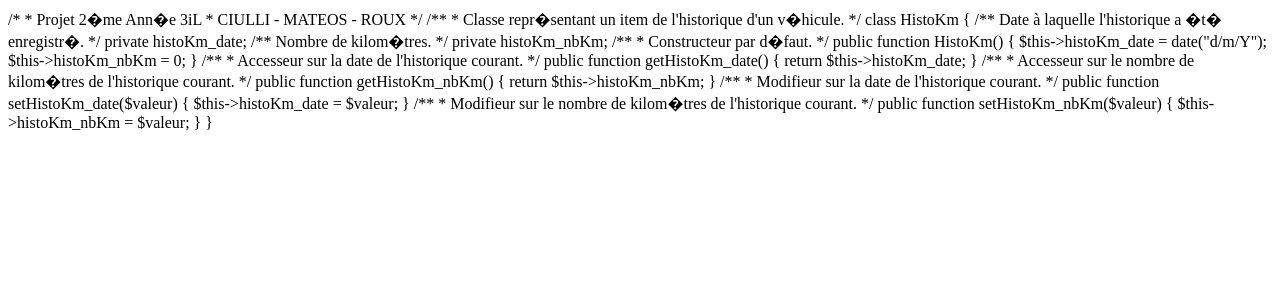
Repository: Mateos81/ProjetAutoEcole
Page: http://localhost/XE/application/HistoKm.php
These files come from the project's save history. The page is drawn as it stood at one moment and after the next save; the edit follows.
The browser window is 1280 px wide. The pictures show the whole page.
The page is run by PHP 8.4 with error messages shown; the project is at /var/www/html/.

Above is the page before, as saved 2016-05-02 08:07:21.

### EclipsePHP/Projet/application/HistoKm.php
/*
 * Projet 2ème Année 3iL
 * CIULLI - MATEOS - ROUX
 */

 /**
  * Classe représentant un item de l'historique d'un véhicule.
  */
class HistoKm {

    /** Date Ã  laquelle l'historique a été enregistré. */
    private histoKm_date;

    /** Nombre de kilomètres. */
    private histoKm_nbKm;

    /**
     * Constructeur par défaut.
     */
    public function HistoKm() {
        $this->histoKm_date = date("d/m/Y");
        $this->histoKm_nbKm = 0;
    }

    /**
     * Accesseur sur la date de l'historique courant.
     */
    public function getHistoKm_date()
    {
        return $this->histoKm_date;
    }

    /**
     * Accesseur sur le nombre de kilomètres de l'historique courant.
     */
    public function getHistoKm_nbKm()
    {
        return $this->histoKm_nbKm;
    }

    /**
     * Modifieur sur la date de l'historique courant.
     */
    public function setHistoKm_date($valeur)
    {
        $this->histoKm_date = $valeur;
    }

    /**
     * Modifieur sur le nombre de kilomètres de l'historique courant.
     */
    public function setHistoKm_nbKm($valeur)
    {
        $this->histoKm_nbKm = $valeur;
    }
}

After the next save:
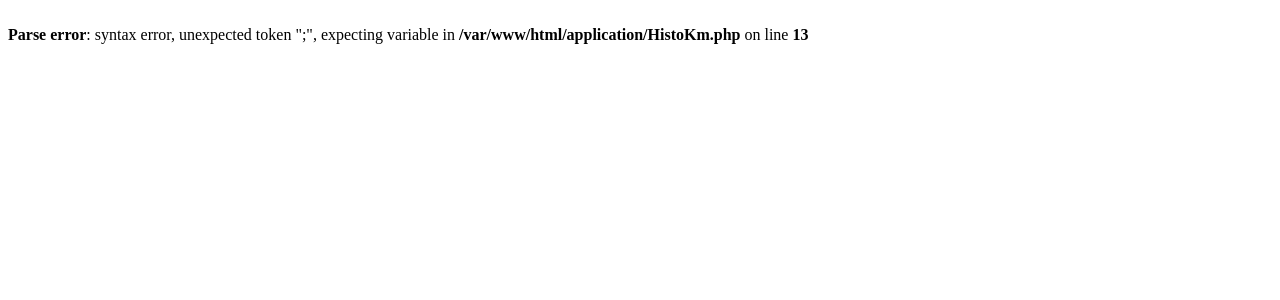
Saved 87 s later.
--- a/EclipsePHP/Projet/application/HistoKm.php
+++ b/EclipsePHP/Projet/application/HistoKm.php
@@ -1,3 +1,4 @@
+<?php
 /*
  * Projet 2ème Année 3iL
  * CIULLI - MATEOS - ROUX
@@ -54,3 +55,4 @@ class HistoKm {
         $this->histoKm_nbKm = $valeur;
     }
 }
+php?>
